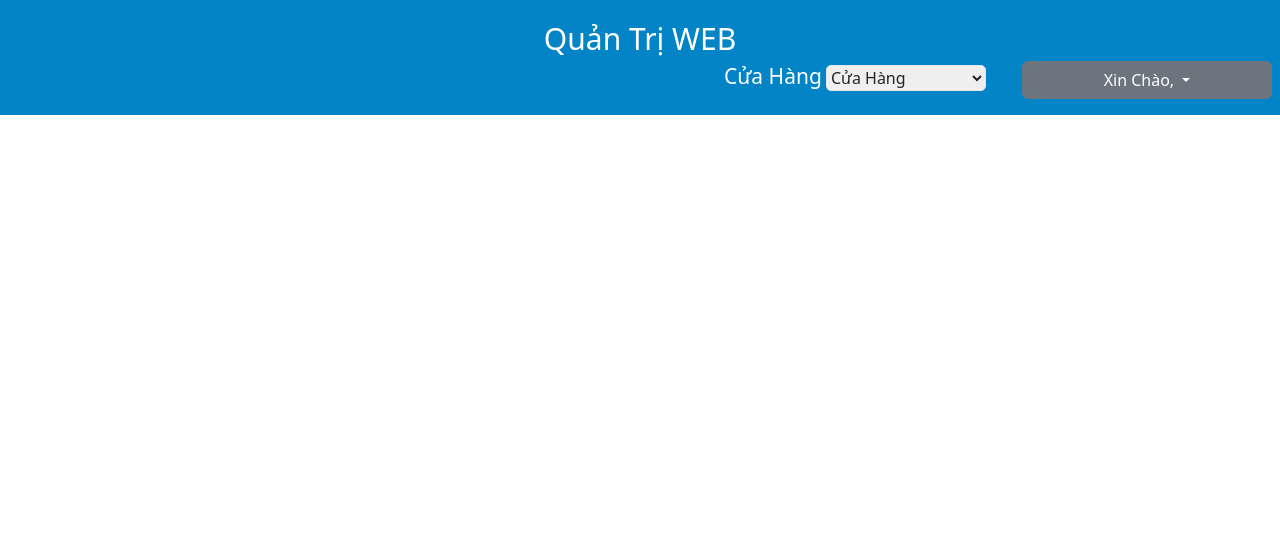
Repository: Leduc20/Website-Shopping-Clothes-Men-master
Page: http://localhost/webbanhang/admin/?list-danh-muc
The author's editor kept a copy of each file at every save. The page is drawn from the files as they stood at one save, then again after the next save.
The browser window is 1280 px wide. The pictures show the whole page.
Some web fonts or font styles are not loaded; a fallback is used. Some web libraries are served in a nearby version. The page is run by PHP 8.4 with error messages shown; the project is at /var/www/html/.

Above is the page before, as saved 2022-11-14 17:21:43.

After the next save:
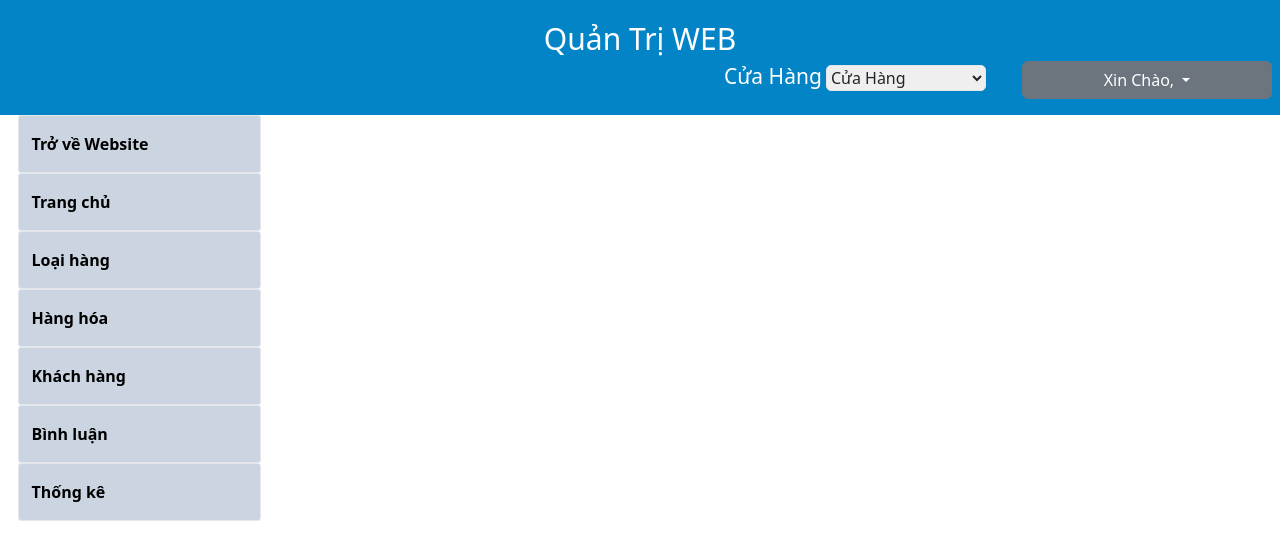
Saved 7 s later.
--- a/admin/layout.php
+++ b/admin/layout.php
@@ -19,7 +19,7 @@
         <?php include_once $VIEW_NAME='header.php'; ?>
     </section>
     <section class="flex px-2">
-    <?php include_once $VIEW_NAME='header.php'; ?>
+    <?php include_once $VIEW_NAME='menu.php'; ?>
     </section>
 
 </body>
